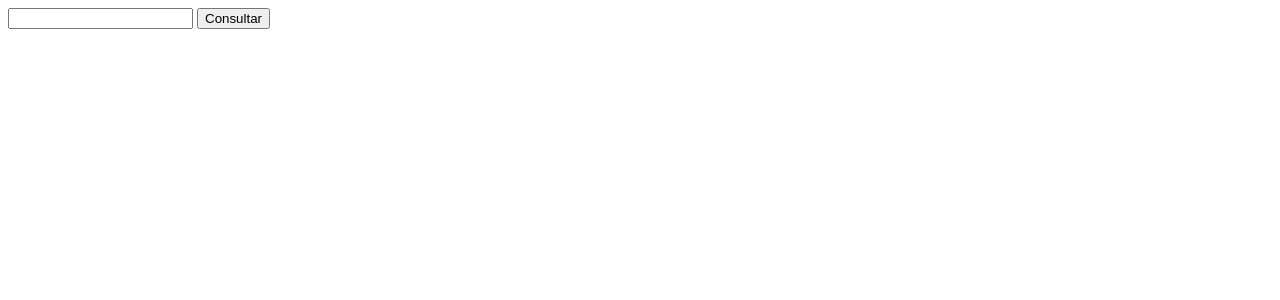
Repository: ViniciusCMS/StudyJquerry
Page: index.html
An editor plug-in stored every save of this project. The page is shown before and after the next save, followed by the edit.
The browser window is 1280 px wide. The pictures show the whole page.

Above is the page before, as saved 2021-11-26 10:24:14.

After the next save:
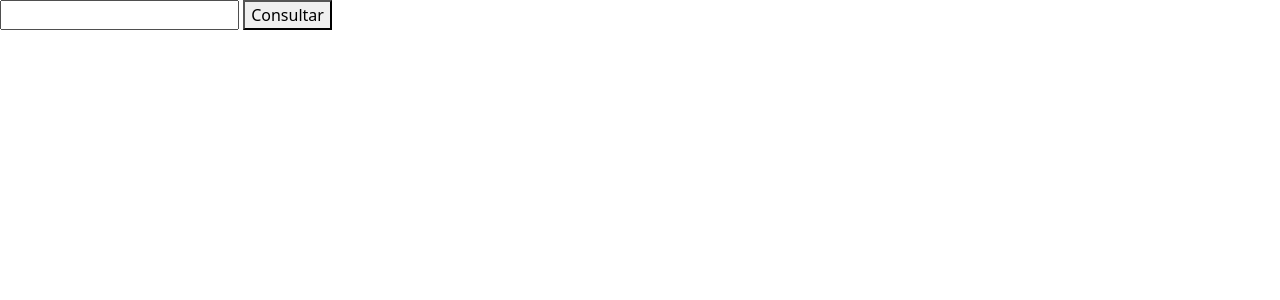
Saved 41 s later.
--- a/index.html
+++ b/index.html
@@ -7,7 +7,7 @@
     <title>StudyJquery</title>
     <script type="text/javascript" src="js/jquery-3.6.0.min.js"></script>
     <script type="text/javascript" src="js/main.js"></script>
-    <link rel="stylesheet" type="text/css" href=""
+    <link rel="stylesheet" type="text/css" href="bootstrap/css/bootstrap.min.css"
 </head>
 <body>
     <input id="cep">
